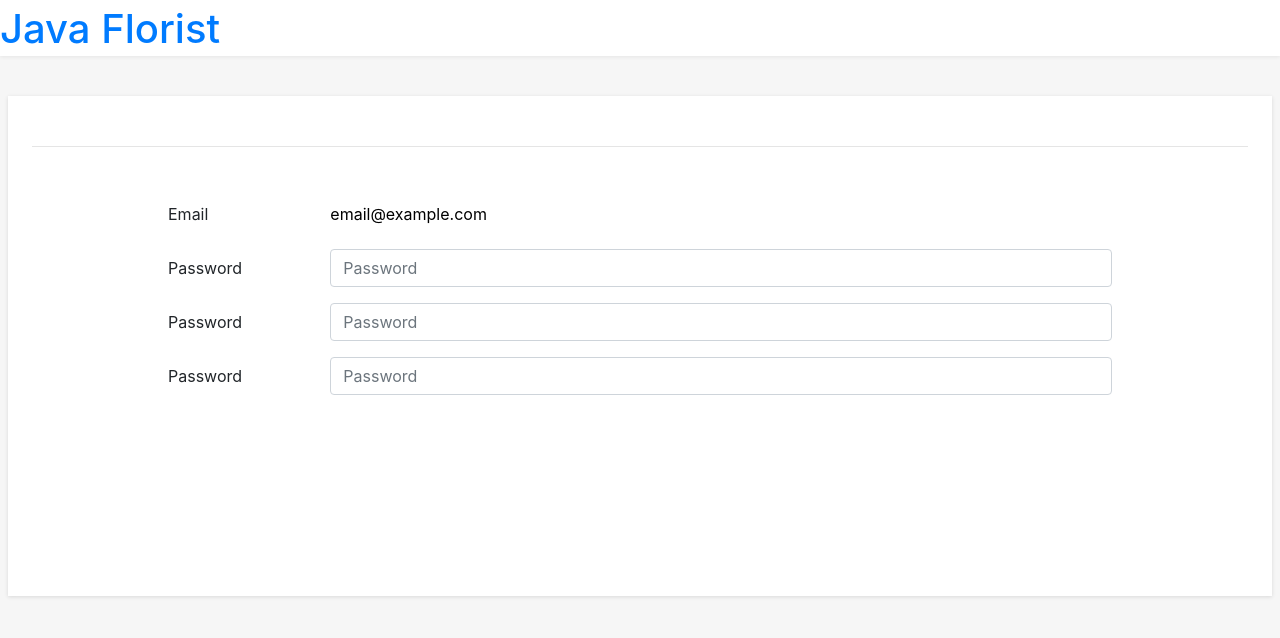
Repository: hienttm/flower-java-florist
Page: JavaFlorist/JavaFlorist/wwwroot/BecomePartner/index.html
The author's editor kept a copy of each file at every save. The page is drawn from the files as they stood at one save, then again after a run of saves.
The browser window is 1280 px wide. The pictures show the whole page.
Some web libraries are served in a nearby version.

Above is the page before, as saved 2023-12-29 17:54:53.

After the next 3 saves:
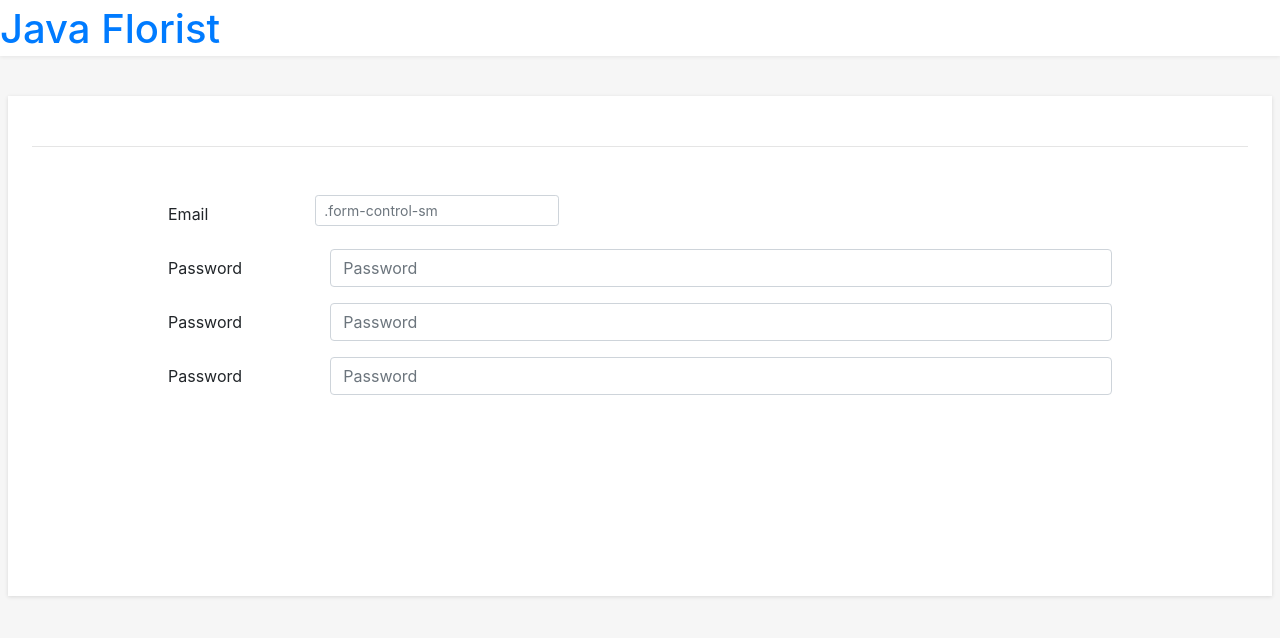
The 3 saves are shown as one change because they came seconds apart.
The last was saved 26 s later.
--- a/JavaFlorist/JavaFlorist/wwwroot/BecomePartner/index.html
+++ b/JavaFlorist/JavaFlorist/wwwroot/BecomePartner/index.html
@@ -32,8 +32,8 @@
                             <form>
                                 <div class="form-group row">
                                   <label for="staticEmail" class="col-sm-2 col-form-label">Email</label>
-                                  <div class="col-sm-10">
-                                    <input type="text" readonly class="form-control-plaintext" id="staticEmail" value="email@example.com">
+                                  <div class="w-25">
+                                    <input class="form-control form-control-sm" type="text" placeholder=".form-control-sm">
                                   </div>
                                 </div>
                                 <div class="form-group row">
